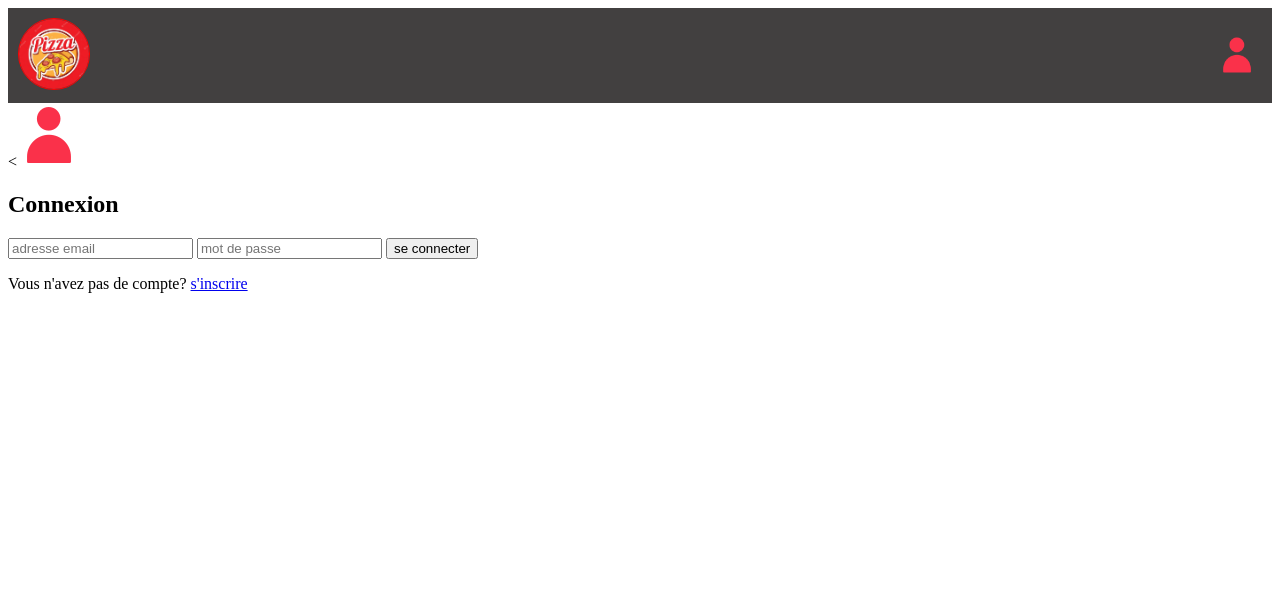
Repository: mlaminebah/PizzaWeb
Page: http://localhost/pizzaweb/Seconnecter
These files come from the project's save history. The page is drawn as it stood at one moment and after the next save; the edit follows.
The browser window is 1280 px wide. The pictures show the whole page.
The page is served by Tomcat 9. Other server files are loaded and not shown.

Above is the page before, as saved 2022-03-21 19:23:06.

### PizzaWeb/pizzaweb/src/main/webapp/seconnecter.jsp
<%@ page language="java" contentType="text/html; charset=UTF-8"
    pageEncoding="UTF-8"%>
<%@ include file="header.jsp" %>
		<section class="login">
	        <<img src="images/user.png" alt="profil" id="profilelog">
	        <h1 class="conn">Connexion</h1>
	        <input type="text" placeholder="adresse email" class="incon">
	        <input type="password" placeholder="mot de passe" class="incon">
	        <button class="btncon">se connecter</button>
	        <p>Vous n'avez pas de compte? <a href="sign_up.html">s'inscrire</a> </p>
	    </section>
	</body>
</html>

### PizzaWeb/pizzaweb/src/main/webapp/header.jsp
<%@ page language="java" contentType="text/html; charset=UTF-8"
    pageEncoding="UTF-8"%>
<!DOCTYPE html>
<html>
	<head>
		<meta charset="UTF-8">
		<title>Welcome</title>
		<link href="css/header.css" rel="stylesheet" type="text/css"/>
		<link href="css/basket.css" rel="stylesheet"/>
        <link href="css/dropdown.css" rel="stylesheet"/>
        <link href="css/header.css" rel="stylesheet"/>
        <link href="css/survolPizza.css" rel="stylesheet"/>
        <link href="css/produits.css" rel="stylesheet"/>
        <link rel="stylesheet" href="css/signup.css">
        <link rel="stylesheet" href="css/login.css" type="text/css">
	</head>
	<body>
		<header>
				<nav class="header-left">
			         <a><img class="logo" id="logo" src="images/logo.jpg"/></a>
			    </nav>
			    <nav class="header-right">
			         <img class="profile" id="profile" src="images/user.png"/>
			    </nav>
		</header>

### PizzaWeb/pizzaweb/src/main/java/com/pizza/servlets/Seconnecter.java
package com.pizza.servlets;

import java.io.IOException;
import java.security.NoSuchAlgorithmException;
import java.sql.SQLException;

import javax.servlet.ServletException;
import javax.servlet.annotation.WebServlet;
import javax.servlet.http.HttpServlet;
import javax.servlet.http.HttpServletRequest;
import javax.servlet.http.HttpServletResponse;
import javax.servlet.http.HttpSession;

import com.pizza.model.ConnexionForm;
import com.pizza.model.ListeDesPizzas;
import com.pizza.model.NosPizzas;

/**
 * Servlet implementation class Seconnecter
 */

public class Seconnecter extends HttpServlet {
	private static final long serialVersionUID = 1L;

    /**
     * @see HttpServlet#HttpServlet()
     */
    public Seconnecter() {
        super();
        // TODO Auto-generated constructor stub
    }

	/**
	 * @see HttpServlet#doGet(HttpServletRequest request, HttpServletResponse response)
	 */
	protected void doGet(HttpServletRequest request, HttpServletResponse response) throws ServletException, IOException {
		if (request.getSession().getAttribute("idClient") == null)
			request.getRequestDispatcher("/seconnecter.jsp").forward(request, response);
		else {
			//on va au passage transmettre à la vue la liste des pizzas disponibles
			ListeDesPizzas nosPizzas;

			try {
				nosPizzas = new NosPizzas().getListeDesPizzas();
				//on envoie la liste des pizzas à la vue
				request.setAttribute("pizzas", nosPizzas.getPizzas());
				request.getRequestDispatcher("/commander.jsp").forward(request, response);

			} catch (ClassNotFoundException | SQLException e) {
				// TODO Auto-generated catch block
				e.printStackTrace();
			}

		}
	}

	/**
	 * @see HttpServlet#doPost(HttpServletRequest request, HttpServletResponse response)
	 */
	protected void doPost(HttpServletRequest request, HttpServletResponse response) throws ServletException, IOException {
			//on fait appel à notre classe qui vérifie l'authentification
			ConnexionForm conForm;
			conForm = new ConnexionForm();
			//si la fonction renvoie false ou retourne vers la page de connection (échec authentification)
			try {
				if (!conForm.verifierIdentifiantsCon(request)) {
					request.setAttribute("conForm", conForm);
					this.getServletContext().getRequestDispatcher("/seconnecter.jsp").forward(request, response);//renvoie d'une reponse d'erreur à la vue
				} else {
					//on rededirige vers la page lui permettant de commander

					this.getServletContext().getRequestDispatcher("/commander.jsp").forward(request, response);
				}
			} catch (ClassNotFoundException | SQLException | ServletException | IOException e) {
				// TODO Auto-generated catch block
				e.printStackTrace();
			} catch (NoSuchAlgorithmException e) {
				// TODO Auto-generated catch block
				e.printStackTrace();
			}

	}

}

### PizzaWeb/pizzaweb/src/main/webapp/css/header.css
header {
    display: grid;
    grid-template-columns: 1fr 0.4fr;
    overflow: hidden;
    background-color:rgb(66, 64, 64);
    height: 85px;
    padding: 10px 15px 0px 10px;
}
.header-left .logo {
    width: 70px;
    height: 70px;
    border : 1px solid red;
    border-radius: 50px;
    float: left;
}
.nom {
	color: white;
	float: right;
	padding-top: 35px;
	font-size : 20px;
}

.header-right .profile {
    width: 40px;
    height: 40px;
    padding-top: 17px;
    float: right;
}
.erreur {
	color: red;
}
.success {
	color: green;
}

### PizzaWeb/pizzaweb/src/main/webapp/css/basket.css
main {
    display: flex;
    gap: 20px;
    flex-direction: row;
    margin-top: 10px;
}
section {
    width: 1000px;
    height: auto;
    border-bottom: 0px solid rgb(243, 207, 207);
}
aside {
    width:470px;
    height: auto;
    border: 1px solid rgb(243, 207, 207);
}

.select {
    display: grid;
    grid-template-columns: 1fr;
    border-bottom: 1px solid rgb(243, 207, 207);
}

.monPan,.tablePan {
	text-align:center
}
.elem {
	text-align:center;
}
.total {
	text-align:right;
}
.ppan {
	heigth:50px;
	width:50px;
}
.sub {
	color:orange;
	font-size: 30px;
	font-family:bold;
	text-decoration: none;
}
.sup {
	color:red;
	font-size: 20px;
	font-family:bold;
	text-decoration: none;
}

### PizzaWeb/pizzaweb/src/main/webapp/css/dropdown.css
/* Dropdown button */
.dropdown .dropbtn {
    font-size: 16px;
    border: none;
    outline: none;
    color:black;

    background-color: inherit;
    font-family: inherit; /* Important for vertical align on mobile phones */
    margin: 0; /* Important for vertical align on mobile phones */
}
/* Dropdown content (hidden by default) */
.dropdown-content {
    display: none;
    position: absolute;
    background-color: #f9f9f9;
    min-width: 160px;
    box-shadow: 0px 8px 16px 0px rgba(0,0,0,0.2);
    z-index: 1;
}
/* Links inside the dropdown */
.dropdown-content a {
    float: none;
    color: black;
    padding: 12px 16px;
    text-decoration: none;
    display: block;
    text-align: left;
  }

  /* Add a grey background color to dropdown links on hover */
  .dropdown-content a:hover {
    background-color: #ddd;
  }

  /* Show the dropdown menu on hover */
  .dropdown:hover .dropdown-content {
    display: block;
  }

### PizzaWeb/pizzaweb/src/main/webapp/css/produits.css
.produits {
    display: grid;
    grid-template-columns: 1fr 1fr 1fr;
    gap:35px;
    margin-top: 15px;
}

.product {
    max-width: 90%;
    padding: 0 4px;
    height: 190px;
    border: 0px solid rgb(243, 207, 207);
}
.product img {
    margin-top: 8px;
    margin-left: 15%;
    width: 70%;
    height: 70%;
}
.product .prix {
    font-size: 20px;
}
.product table {
    margin-left: 40px;
}
.product .icone_add {
    margin-left: 50px;
    margin-top: -2px;
}

### PizzaWeb/pizzaweb/src/main/webapp/css/signup.css
.signup {
    width: 420px;
    height: 610px;
    top: 60%;
    left: 50%;
    position: absolute;
    transform: translate(-50%,-50%);
    box-sizing: border-box;
    padding: 70px 30px;
    border: 1px solid #f1f1f1;
    background: #fff;
    box-shadow: 0 0 20px 0 rgba(0, 0, 0, 0.2), 0 5px 5px 0 rgba(0, 0, 0, 0.24);
}
.profil {
    width: 80px;
    height: 80px;
    position: absolute;
    top: -10px;
    left: calc(50% - 50px);
    border: 50%;


}

.sinscrire{
    margin: 0;
    padding: 0;
    text-align: center;
    font-size: 22px;
}

.sig{
    width: 100%;
    margin-bottom: 20px;
    border: none;
    background: transparent;
    border-bottom: 1px solid white;
    height: 40px;
    font-size: 16px;
    outline: none;

}
.bsins {
    width: 100%;
    margin-bottom: 20px;
    height: 40px;
    background-color:rgb(66, 64, 64);
    color: white;
}

### PizzaWeb/pizzaweb/src/main/webapp/css/login.css

.connexion{
    width:400px;
    margin:0 auto;
    margin-top:10%;
}
/* Bordered form */
.formcon {
    left: center;
    width:100%;
    padding: 30px;
    border: 1px solid #f1f1f1;
    background: #fff;
    box-shadow: 0 0 20px 0 rgba(0, 0, 0, 0.2), 0 5px 5px 0 rgba(0, 0, 0, 0.24);
}
.formcon h1{
    position: relative;
    width: 100%;
    margin: auto;
    padding-bottom: 10px;
}
.noAccount{
    color: solid #ccc;
    width: 100%;
    margin: auto;
    padding-top: 80px;
}

/* Full-width inputs */
.mp,.log {
    width: 100%;
    padding: 12px 20px;
    margin: 8px 0;
    display: inline-block;
    border: 1px solid #ccc;
    box-sizing: border-box;
}

/* Set a style for all buttons */
.valid {
    background-color:rgb(66, 64, 64);
    color: white;
    padding: 14px 20px;
    float: right;
    margin: 8px 0;
    border: none;
    cursor: pointer;
    width: 50%;
    border: 1px solid rgb(255, 255, 255);
}
valid:hover {
    background-color: white;
    color: rgb(200, 235, 47);
    border: 1px solid rgb(175, 197, 76);
}

Loaded but not shown: PizzaWeb/pizzaweb/src/main/webapp/css/survolPizza.css (no copy from this time; the picture is the same without it)

After the next save:
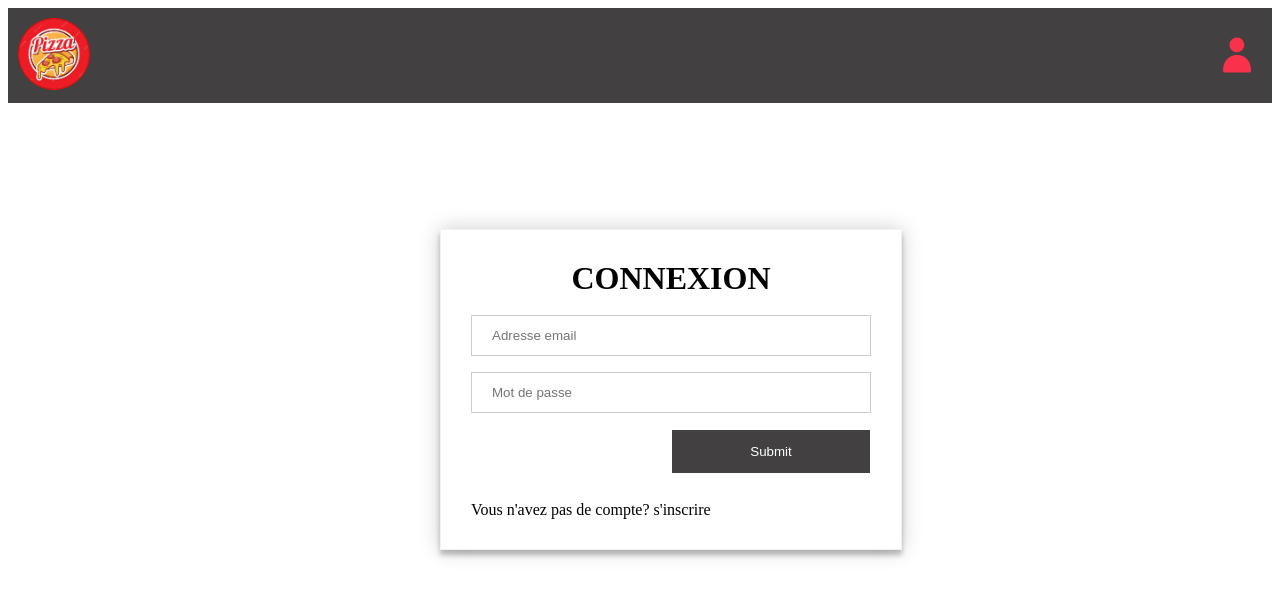
Saved 40 s later.
--- a/PizzaWeb/pizzaweb/src/main/webapp/seconnecter.jsp
+++ b/PizzaWeb/pizzaweb/src/main/webapp/seconnecter.jsp
@@ -1,13 +1,14 @@
 <%@ page language="java" contentType="text/html; charset=UTF-8"
     pageEncoding="UTF-8"%>
 <%@ include file="header.jsp" %>
-		<section class="login">
-	        <<img src="images/user.png" alt="profil" id="profilelog">
-	        <h1 class="conn">Connexion</h1>
-	        <input type="text" placeholder="adresse email" class="incon">
-	        <input type="password" placeholder="mot de passe" class="incon">
-	        <button class="btncon">se connecter</button>
-	        <p>Vous n'avez pas de compte? <a href="sign_up.html">s'inscrire</a> </p>
-	    </section>
+		<div class="connexion">
+	        <form action="verification.php" method="post" class="formcon">
+	            <h1 align="center"> CONNEXION </h1>
+	            <input type="email" placeholder="Adresse email" name="email" required class="log">
+	            <input type="password" placeholder="Mot de passe" name="password" required class="mp">
+	            <input type="submit" id="valid"  class="valid">
+	            <p class="noAccount">Vous n'avez pas de compte?  s'inscrire  </p>
+	        </form>
+   		</div>
 	</body>
 </html>
